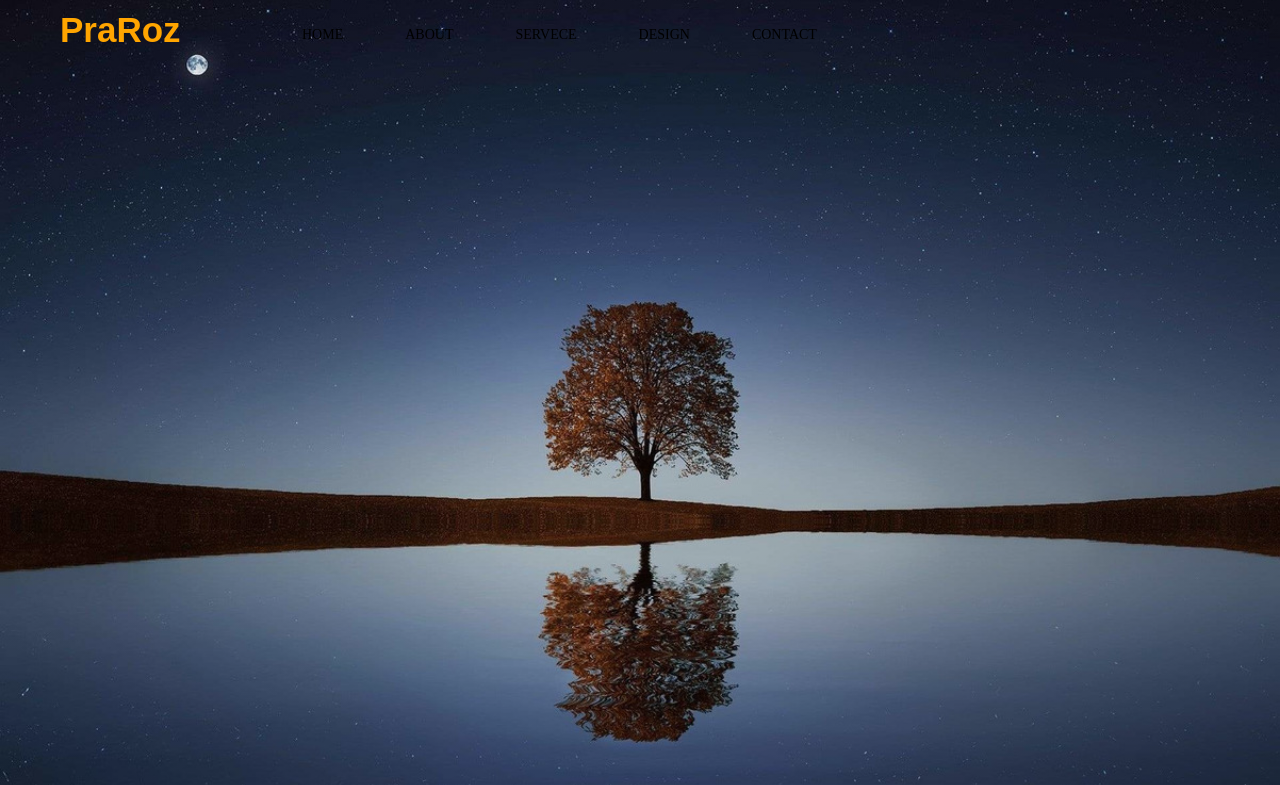
Repository: HuynhDuc23/project3
Page: index.html
These files come from the project's save history. The page is drawn as it stood at one moment and after the next save; the edit follows.
The browser window is 1280 px wide. The pictures show the whole page.

Above is the page before, as saved 2023-05-04 14:37:15.

After the next save:
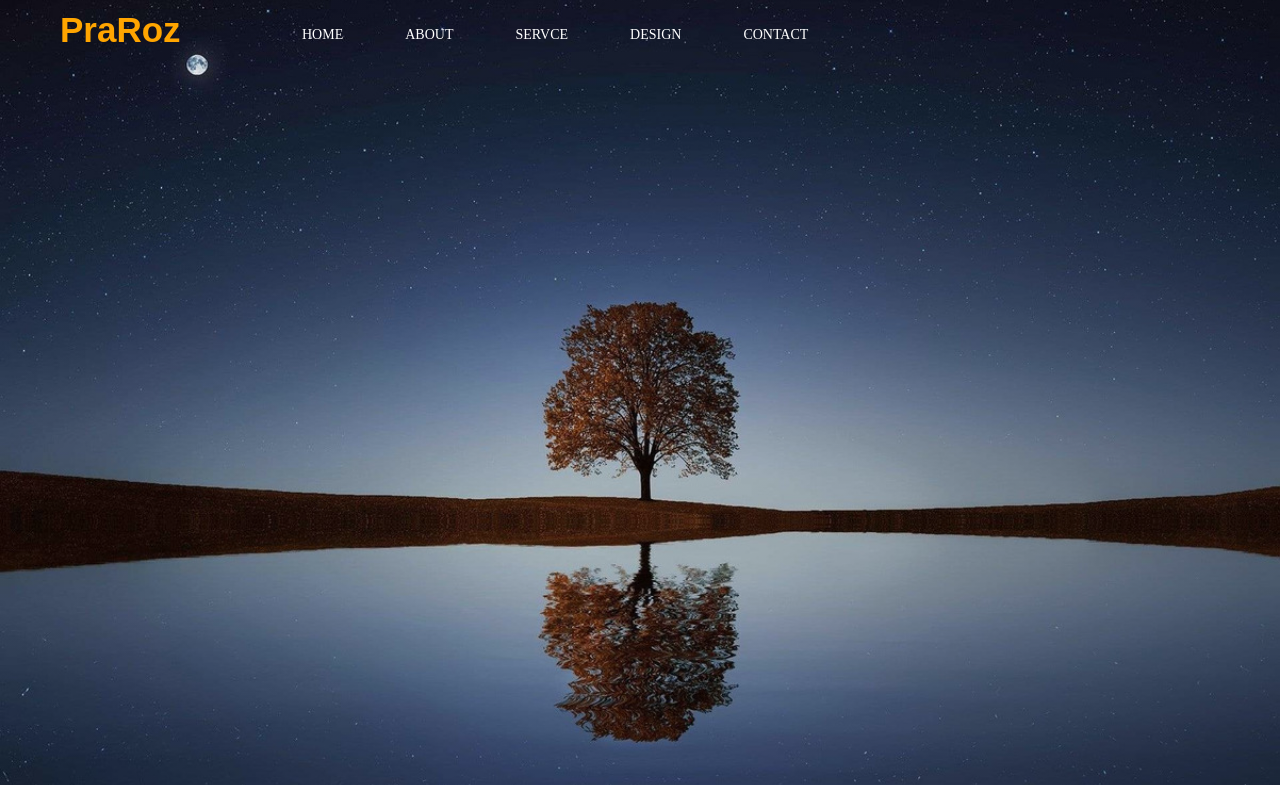
Saved 102 s later.
--- a/index.html
+++ b/index.html
@@ -15,11 +15,11 @@
             </div>
             <div class="menu">
                 <ul>
-                    <li>HOME</li>
-                    <li>ABOUT</li>
-                    <li>SERVECE</li>
-                    <li>DESIGN</li>
-                    <li>CONTACT</li>
+                    <li><a href="#">HOME</a> </li>
+                    <li><a href="#">ABOUT</a></li>
+                    <li><a href="#">SERVCE</a></li>
+                    <li><a href="#">DESIGN</a></li>
+                    <li><a href="#">CONTACT</a></li>
                 </ul>
             </div>
         </div>
